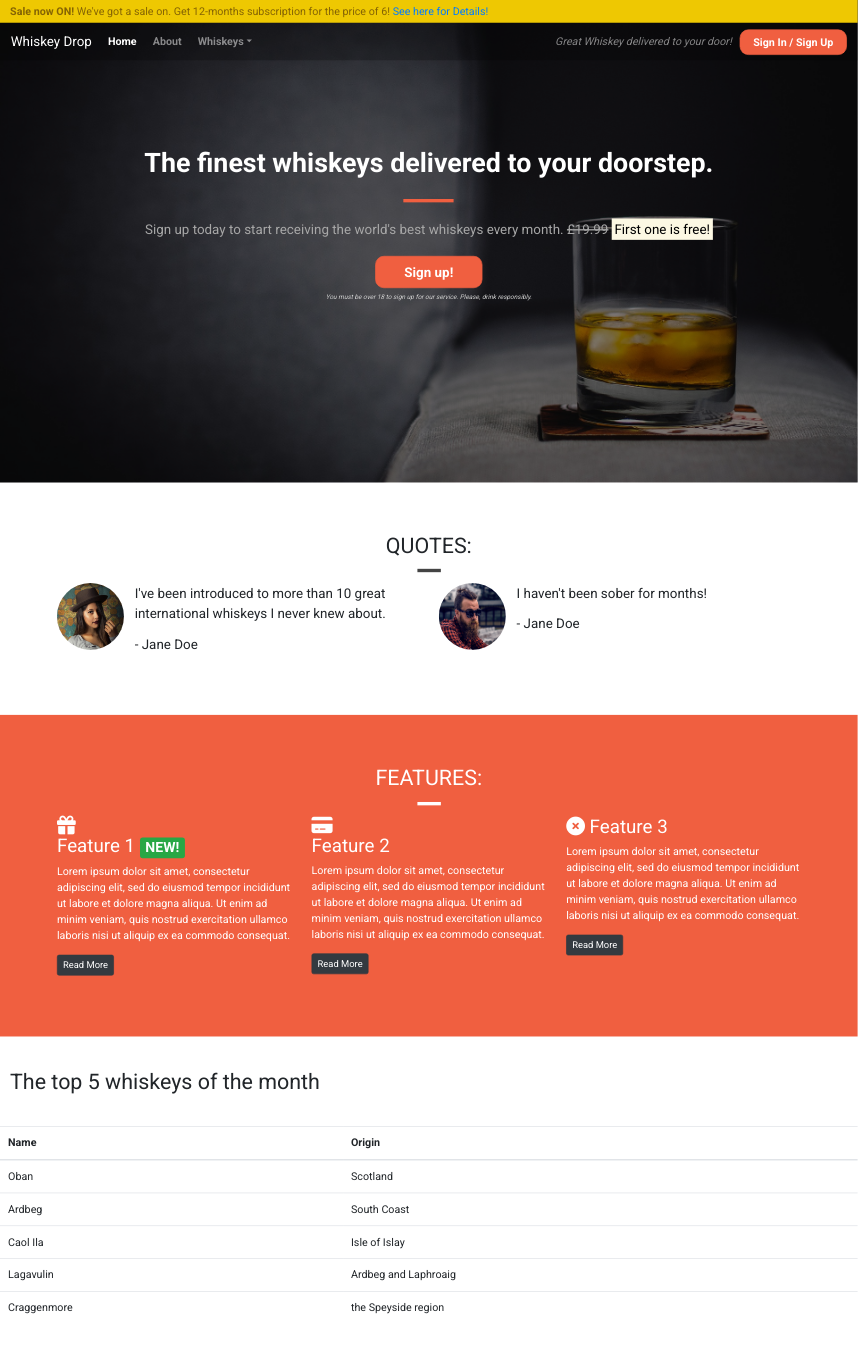
Repository: hidayatmansuri/BootStrap
Page: index.html
The author's editor kept a record of every edit. The page is drawn from the files as they stood at one moment, then again after the next edit.
The browser window is 1280 px wide. The pictures show the whole page, at 67% of full size.
Backgrounds fixed to the window are drawn as part of the page. Some web libraries are served in a nearby version.

Above is the page before.

### index.html
<!DOCTYPE html>
<html lang="en-us">

<head>
    <meta charset="utf-8">
    <meta name="viewport" content="width=device-width, initial-scale=1.0">
    <meta http-equiv="X-UA-Compatible" content="ie=edge">
    <title>Whiskey Drop | Taste a new whiskey every month</title>
    <link rel="stylesheet" href="https://maxcdn.bootstrapcdn.com/bootstrap/4.1.3/css/bootstrap.min.css">
    <script src="https://kit.fontawesome.com/011e87d520.js"></script>
    <link href="https://fonts.googleapis.com/css?family=Roboto:400,700&display=swap" rel="stylesheet">
    <link rel="stylesheet" href="css/style.css" type="text/css" />
</head>

<body>
    <div class="container-fluid navalert-container">
        <div class="container-fluid alert-container">
            <div class="row d-none d-sm-block">
                <div class="col-12">
                    <div class="site-wide-alert aler alert-warning">
                        <strong>Sale now ON!</strong> We've got a sale on. Get 12-months subscription for the price of 6! <a href="">See here for Details!</a>
                    </div>
                </div>
            </div>
        </div>
        <nav class="navbar navbar-dark navbar-expand-sm">
            <a href="/" class="navbar-brand"> Whiskey Drop</a>
            <button class="navbar-toggler ml-auto" type="button" data-toggle="collapse" data-target="#navbarNavDropdown" aria-controls="navbarNavDropdown" aria-expanded="false" aria-label="Toggle navigation">
        <span class="navbar-toggler-icon"></span></button>
            <div class="collapse navbar-collapse" id="navbarNavDropdown">
                <ul class="navbar-nav mr-auto">
                    <li class="active nav-item mr-2"><a class="nav-link" href="/">Home</a></li>
                    <li class="nav-item mr-2"><a class="nav-link" href="/ about">About</a></li>
                    <li class="nav-item dropdown">
                        <a class="nav-link dropdown-toggle" href="#" id="navbarDropdownMenuLink" role="button" data-toggle="dropdown" aria-haspopup="true" aria-expanded="false">Whiskeys</a>
                        <div class="dropdown-menu" aria-labelledby="navbarDropdownMenuLink">
                            <a class="dropdown-item" href="#">Irish</a>
                            <a class="dropdown-item" href="#">Scotch</a>
                            <a class="dropdown-item" href="#">Japanese</a>
                            <a class="dropdown-item" href="#">American</a>
                        </div>
                    </li>
                    <li class="nav-item mr-2 d-block d-sm-none">
                        <a class="nav-link " href="/ login">Sign In / Sign Up</a></li>
                </ul>
            </div>
            <div class="d-none d-md-block">
                <p class="navbar-text my-auto mr-2"><i>Great Whiskey delivered to your door!</i></p>
                <a href="/login" class="btn btn--cta btn--red"> Sign In / Sign Up</a>
            </div>
        </nav>
    </div>

    <!-- Callout -->
    <div class="container-fluid callout-container">
        <div class="opaque-overlay">&nbsp</div>
        <div class="row ">
            <div class="col-12">
                <section class="callout jumbotron text-center">
                    <h1 class="jumbotron-header">The finest whiskeys delivered to your doorstep.</h1>
                    <hr class="block-divider block-divider--orange">
                    <p class="lead">Sign up today to start receiving the world's best whiskeys every month.
                        <s class="d-none d-sm-inline">£19.99</s>
                        <span class="d-inline d-sm-none"><br></span>
                        <strong><mark>First one is free!</mark></strong></p>
                    <button class="btn btn-lg btn--cta btn--red" data-toggle="modal" data-target="#signUpModal">Sign up!</button>
                    <p class="text-muted"><small>You must be over 18 to sign up for our service. Please, drink responsibly.</small></p>
                </section>
            </div>
        </div>
    </div>
    <!-- /.callout -->


    <!-- Quotes -->
    <div class="container-wrapper">
        <div class="container quotes-container content-container">
            <section class="quotes">
                <div class="row">
                    <div class="col-12 page-header">
                        <h2 class="text-uppercase">Quotes:</h2>
                        <hr class="block-divider block-divider--short">
                    </div>
                </div>
                <div class="row">
                    <div class="col-12 col-md-6">
                        <div class="media">
                            <div class="d-none d-sm-block">
                                <img src="images/girl-image.png" class="rounded-circle mr-3" height=100 width=100>
                            </div>
                            <div class="media-body">
                                <blockquote class="blockquote">
                                    <p>I've been introduced to more than 10 great international whiskeys I never knew about.</p>
                                    <p>- Jane Doe</p>
                                </blockquote>
                            </div>
                        </div>
                    </div>
                    <div class="col-12 col-md-6">
                        <div class="media">
                            <div class="d-none d-sm-block">
                                <img src="images/guy-image.png" class="rounded-circle mr-3" height=100 width=100>
                            </div>
                            <div class="media-body">
                                <blockquote class="blockquote">
                                    <p>I haven't been sober for months!</p>
                                    <p>- Jane Doe</p>
                                </blockquote>
                            </div>
                        </div>
                    </div>
                </div>
            </section>
            <!-- /.quotes -->
        </div>
    </div>
    <!-- Features -->
    <div class="containr-wrapper container-wrapper--red">
        <div class="container feature-container content-container">
            <section class="features">
                <div class="row">
                    <div class="col-12 page-header">
                        <h2 class="text-uppercase">Features:</h2>
                        <hr class="block-divider block-divider--short block-divider--white">
                    </div>
                </div>
                <div class="row">
                    <div class="col-12 col-md-6 col-lg-4">
                        <div class="feature">
                            <h3><i class="fas fa-gift d-none d-sm-block"></i> Feature 1 <span class="badge badge-success">NEW!</span></h3>
                            <p>Lorem ipsum dolor sit amet, consectetur adipiscing elit, sed do eiusmod tempor incididunt ut labore et dolore magna aliqua. Ut enim ad minim veniam, quis nostrud exercitation ullamco laboris nisi ut aliquip ex ea commodo consequat.</p>
                            <p><a class="btn btn-sm btn-dark">Read More</a></p>
                        </div>
                    </div>
                    <div class="col-12 col-md-6 col-lg-4">
                        <div class="feature">
                            <h3><i class="fas fa-credit-card d-none d-sm-block"></i> Feature 2</h3>
                            <p>Lorem ipsum dolor sit amet, consectetur adipiscing elit, sed do eiusmod tempor incididunt ut labore et dolore magna aliqua. Ut enim ad minim veniam, quis nostrud exercitation ullamco laboris nisi ut aliquip ex ea commodo consequat.</p>
                            <p><a class="btn btn-sm btn-dark">Read More</a></p>
                        </div>
                    </div>
                    <div class="col-12 d-md-none d-lg-block col-lg-4">
                        <div class="feature">
                            <h3><i class="fas fa-times-circle"></i> Feature 3</h3>
                            <p>Lorem ipsum dolor sit amet, consectetur adipiscing elit, sed do eiusmod tempor incididunt ut labore et dolore magna aliqua. Ut enim ad minim veniam, quis nostrud exercitation ullamco laboris nisi ut aliquip ex ea commodo consequat.</p>
                            <p><a class="btn btn-sm btn-dark">Read More</a></p>
                        </div>
                    </div>
                </div>
            </section>
            <!-- /.features -->
        </div>
    </div>
    <section>
        <div class="col-12 my-5">
            <h2>The top 5 whiskeys of the month</h2>
        </div>
        <table class="my-5 table">
            <thead>
                <tr>
                    <th scope="col">Name</th>
                    <th scope="col">Origin</th>
                </tr>
            </thead>
            <tbody>
                <tr>
                    <td>Oban</td>
                    <td>Scotland</td>
                </tr>
                <tr>
                    <td>Ardbeg</td>
                    <td>South Coast</td>
                </tr>
                <tr>
                    <td>Caol Ila</td>
                    <td>Isle of Islay</td>
                </tr>
                <tr>
                    <td>Lagavulin</td>
                    <td>Ardbeg and Laphroaig</td>
                </tr>
                <tr>
                    <td>Craggenmore</td>
                    <td>the Speyside region</td>
                </tr>
            </tbody>
        </table>

    </section>

    <div class="modal" tabindex="-1" role="dialog" id="signUpModal">
        <div class="modal-dialog" role="document">
            <div class="modal-content">
                <div class="modal-header">
                    <h5 class="modal-title">Sign Up to Whiskey Drop!</h5>
                    <button type="button" class="close" data-dismiss="modal" aria-label="Close">
          <span aria-hidden="true">&times;</span>
        </button>
                </div>
                <div class="modal-body">
                    <form>
                        <div class="form-group">
                            <label for="exampleInputEmail1">Email address</label>
                            <input type="email" class="form-control" id="exampleInputEmail1" aria-describedby="emailHelp" placeholder="Enter email">
                            <small id="emailHelp" class="form-text text-muted">We'll never share your email with anyone else.</small>
                        </div>
                        <div class="form-group">
                            <label for="Password">Password</label>
                            <input type="password" class="form-control" id="Password" placeholder="Password">
                        </div>
                        <div class="form-group">
                            <label for="repeatPassword">Repeat Password</label>
                            <input type="password" class="form-control" id="repeatPassword" placeholder="Repeat Password">
                        </div>
                        <button type="submit" class="btn btn-success">Submit</button>
                    </form>
                </div>
            </div>
        </div>
    </div>
    <script src="https://code.jquery.com/jquery-3.3.1.slim.min.js" integrity="sha384-q8i/X+965DzO0rT7abK41JStQIAqVgRVzpbzo5smXKp4YfRvH+8abtTE1Pi6jizo" crossorigin="anonymous"></script>
    <script src="https://cdnjs.cloudflare.com/ajax/libs/popper.js/1.14.7/umd/popper.min.js" integrity="sha384-UO2eT0CpHqdSJQ6hJty5KVphtPhzWj9WO1clHTMGa3JDZwrnQq4sF86dIHNDz0W1" crossorigin="anonymous"></script>
    <script src="https://stackpath.bootstrapcdn.com/bootstrap/4.3.1/js/bootstrap.min.js" integrity="sha384-JjSmVgyd0p3pXB1rRibZUAYoIIy6OrQ6VrjIEaFf/nJGzIxFDsf4x0xIM+B07jRM" crossorigin="anonymous"></script>
</body>

</html>

### css/style.css
body {
    font-family: 'Roboto', sans-serif;
}

.container-wrapper{

}

.container-wrapper--red {
    background-color: #f05f40;
    color:white;
}

.alert-container .col-12 {
    padding-left: 0;
    padding-right: 0;
}

.site-wide-alert {
    border-radius: 0;
    margin-bottom: 0;
    padding: 5px 15px;
    background-color: #eec802;
    border-color: #eec802;
}

.callout-container {
    height: 100vh;

    background: url(../images/whiskey-background.jpg) no-repeat bottom right fixed;
    -webkit-background-size: cover;
    -moz-background-size: cover;
    -o-background-size: cover;
    background-size: cover;

    display:flex;
    align-items: center;
    justify-content: center;

    position: relative;

}

.opaque-overlay {
    position: absolute;
    top: 0;
    left: 0;
    height: 100%;
    width: 100%;
    background-color: rgba(0,0,0,0.5);
}

.quotes-container {}

.feature-container {}

/* Page Header */

.page-header {
    margin-bottom: 0;
    border-bottom: 0;
    test-align: center;
}

.page-header h2 {
   margin-top: 0;
   text-align: center;
}

/*Block dividers */

.block-divider {
    width: 75px;
    height: 5px;
    border: 0;
    background-color: #444;

}

.block-divider--orange {
    background-color: #f05f40;
}

.block-divider--white {
    background-color: white;
}

.block-divider--short {
     width: 35px;
}

/* Content Containers */

.content-container {
    padding-top: 75px;
    padding-bottom: 75px;
    /*text-align: center;*/
}

/* Navbar */

.navalert-container {
    position: absolute;
    top:0;
    left:0;
    padding-left: 0;
    padding-right: 0;
    z-index: 1;
}

.navbar {
    margin-bottom: 0;
    border: 0;
    width: 100%;
    background-color: rgba(0,0,0,0.25);
}

.navbar .navbar-nav a {
    font-weight: bold;
}

.navbar .navbar-toggler {
    font-weight: bold;
}

.navbar-brand {
    background-color: transparent;
}

/*jumbotron*/

.jumbotron {
    background-color: transparent;
}

.jumbotron-header {
    color: white;
    font-weight: bold;
    margin-bottom: 30px;
}

.jumbotron .lead {
    margin: 25px 0;
    color: #a7a7a7;
}

.jumbotron small {
    font-size: 60%;
    font-style: italic;
    color: #d0d0d0;
}

/* Buttons */

.btn--cta {
    font-weight: bold;
    border-radius: 13px;
    width: 160px;
}

.btn--red {
    color: white;
    background-color: #f05f40;
    border-color: #f05f40;
}

.btn--red:hover,
.btn--red:active,
.btn--red:focus,
.btn--red:active:focus {
    background-color: #df4929;
    border-color: #df4929;
}

After the next edit:
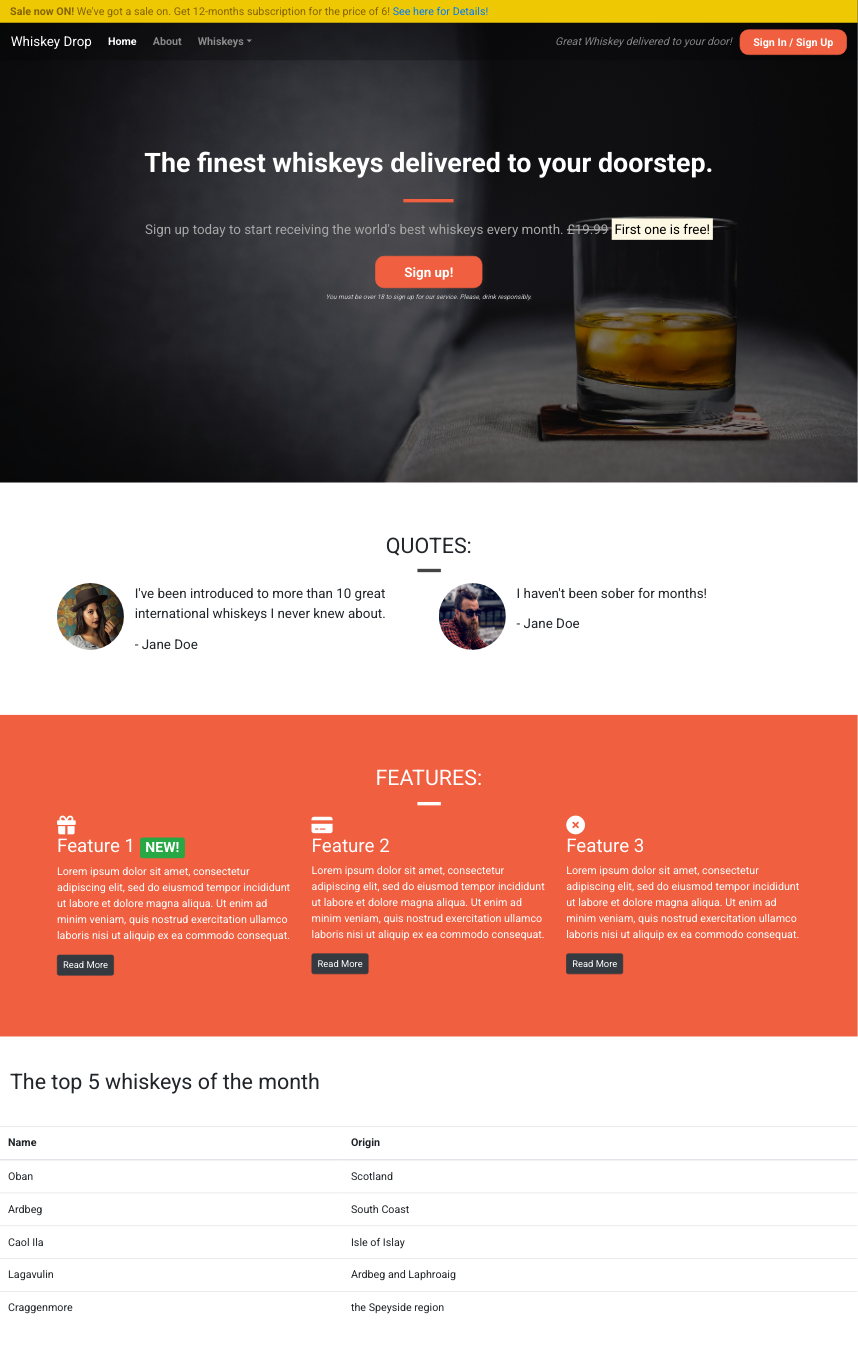
The edit:
--- a/index.html
+++ b/index.html
@@ -141,7 +141,7 @@
                     </div>
                     <div class="col-12 d-md-none d-lg-block col-lg-4">
                         <div class="feature">
-                            <h3><i class="fas fa-times-circle"></i> Feature 3</h3>
+                            <h3><i class="fas fa-times-circle d-none d-sm-block"></i> Feature 3</h3>
                             <p>Lorem ipsum dolor sit amet, consectetur adipiscing elit, sed do eiusmod tempor incididunt ut labore et dolore magna aliqua. Ut enim ad minim veniam, quis nostrud exercitation ullamco laboris nisi ut aliquip ex ea commodo consequat.</p>
                             <p><a class="btn btn-sm btn-dark">Read More</a></p>
                         </div>
